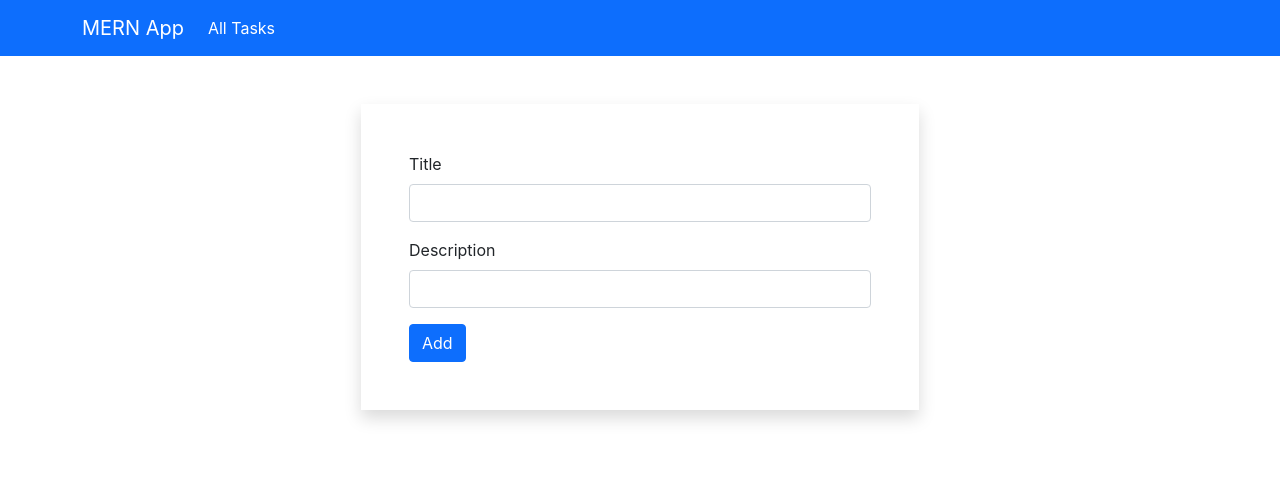
Repository: swathivanka444/MERN-CRUD
Page: /AddTask (app in frontend_crudapp_reactjs-master/)
An editor plug-in stored every save of this project. The page is shown before and after the next save, followed by the edit.
The browser window is 1280 px wide. The pictures show the whole page.
The project was rebuilt for these pictures with package versions that can differ from the ones it lists, and the page was loaded fresh each time. Also part of the build but not shown: frontend_crudapp_reactjs-master/src/App.css, frontend_crudapp_reactjs-master/src/component/AllTasks.js.

Above is the page before, as saved 2023-08-29 13:05:43.

After the next save:
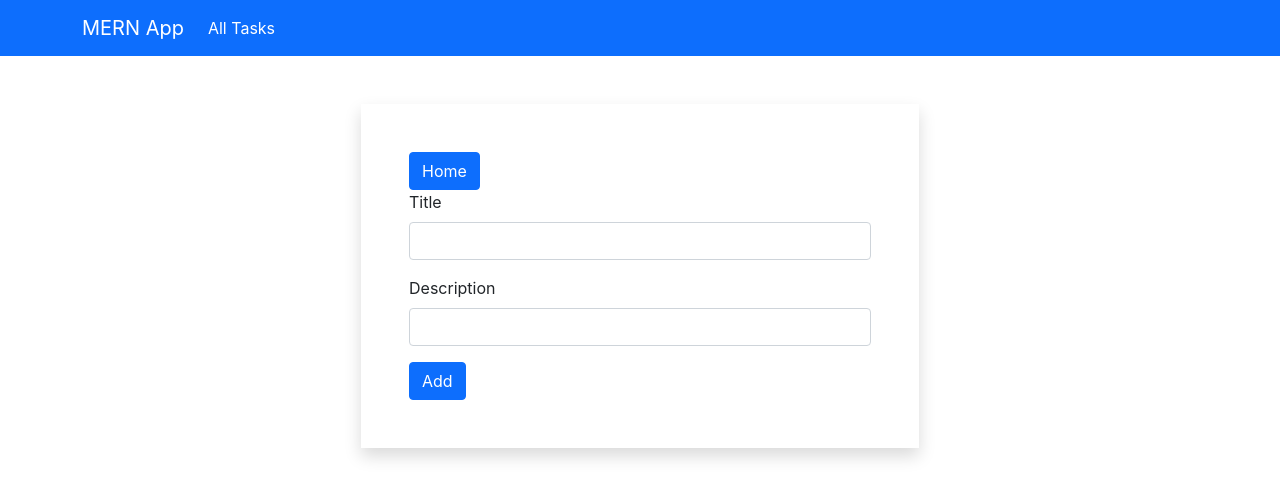
Saved 4 min 5 s later.
--- a/frontend_crudapp_reactjs-master/src/component/AddTask.js
+++ b/frontend_crudapp_reactjs-master/src/component/AddTask.js
@@ -1,9 +1,11 @@
 import React from "react";
+import { Link } from "react-router-dom";
 export default function AddTask() {
     return (
         <div className="container mt-5">
+
             <form className="mx-auto w-50 shadow p-5">
-
+            <Link className="btn btn-primary">Home</Link>
                 <div class="mb-3 ">
                     <label for="exampleInputEmail1" class="form-label">Title</label>
                     <input type="text" class="form-control" id="exampleInputEmail1" aria-describedby="emailHelp" />
